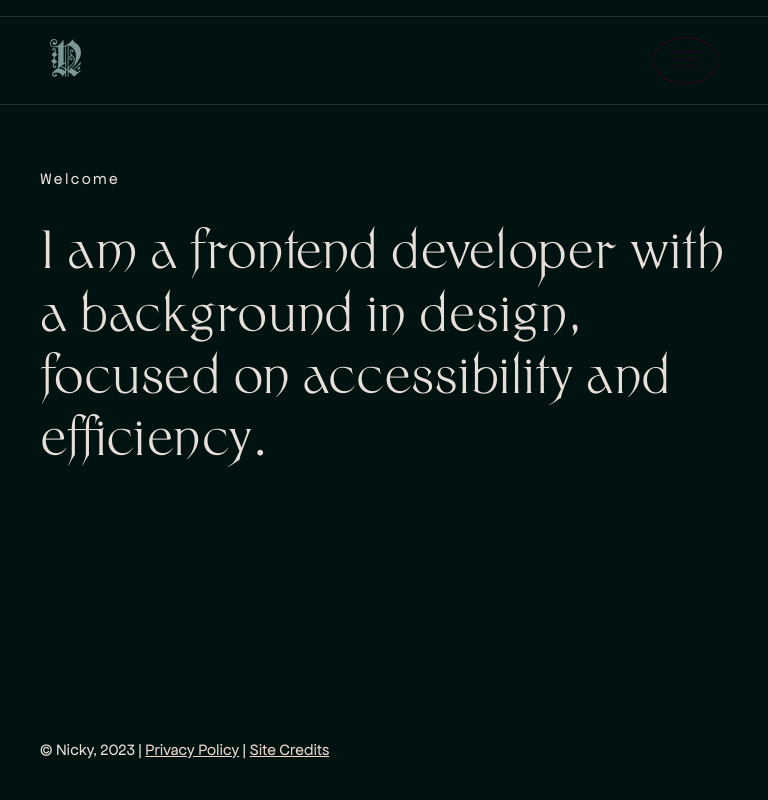
Repository: jdmghost/portfolio-2023
Page: /
These files come from the project's save history. The page is drawn as it stood at one moment and after the next save; the edit follows.
The browser window is 768 px wide. The pictures show the whole page.
The project was rebuilt for these pictures with package versions that can differ from the ones it lists, and the page was loaded fresh each time. The framework's server and built-in components were replaced by stand-ins that run in the browser. Also part of the build but not shown: next.config.js.

Above is the page before, as saved 2023-08-06 12:07:25.

### app/layout.js
import 'normalize.css/normalize.css';
import '../assets/styles/main.scss';

import React from 'react';
import Header from "../components/header.js";
import Footer from "../components/footer.js";

export default function RootLayout({ children }) {
  return (
    <html lang="en">
      <head />
      <body>
        <Header />
          {children}
        <Footer />
        <script type="text/javascript" src="/global.js"></script>
      </body>
    </html>
  )
}

### app/page.js
import React from 'react';

import '../assets/styles/theme-dark.scss';

function Home() {
    return (
        <main className="home wo">
            <section className="col-2-9 pv">
                <h1 className="eyebrow">
                    Welcome
                </h1>
                <p className="h1">
                    I am a frontend developer with a background in design, focused on accessibility and efficiency.
                </p>
            </section>
        </main>
    )
}

export default Home

### assets/styles/main.scss
/*
—————————————————————————————————————————
T A B L E ~ O F ~ C O N T E N T S
—————————————————————————————————————————
~~~ 1 ~~~~~~~~~~~~~~~~~~~~~~~~ FILE SETUP
1.1 ~ IMPORTS
1.3 ~ MIXINS
~~~ 2 ~~~~~~~~~~~~~~~~~~~~~ GLOBAL STYLES
2.1 ~ PSEUDO-STATES
2.2 ~ CORE
2.3 ~ A11Y links in new window styling
2.4 ~ A11Y skip link styling
2.5 ~ SPACING
~~~ 3 ~~~~~~~~~~~~~~~~~~~~~ ON EVERY PAGE
3.1 ~ HEADER & NAVIGATION
3.2 ~ FOOTER
3.3 ~ BREADCRUMBS
3.4 ~ SEARCH
~~~ 4 ~~~~~~~~~~~~~~~~~~~~~~~~ TYPOGRAPHY
4.1 ~ ELEMENT SETTINGS
4.2 ~ CLASSES
4.3 ~ BUTTONS/BUTTON LINKS
4.4 ~ FORMS
~~~ 5 ~~~~~~~~~~~~~~~~~~~~~~~~~~~~ LAYERS
5.1 ~ BLOCKS
5.2 ~ STATIC LAYERS
5.3 ~ OTHER
~~~ 6 ~~~~~~~~~~~~~~~~~~~~~~~~ RESPONSIVE
6.1 ~ DESKTOP
6.2 ~ TABLET (m)
6.3 ~ MOBILE (s)
*/

/* ~~~~~~~~~~~~~~~~~~~~~~~~~~~~~~~~~~~~~~~~~ */
/* ~~~ 1 ~~~~~~~~~~~~~~~~~~~~~~~~ FILE SETUP */
/* ~~~~~~~~~~~~~~~~~~~~~~~~~~~~~~~~~~~~~~~~~ */

/* ~~~~~~~~~~~~~~~~~~~~~ 1.1 ~ IMPORTS */
@import "1-variables";
@import "2-layout";
@import "2-typography";
@import "header";


/* ~~~~~~~~~~~~~~~~~~~~~~~~~~~~~~~~~~~~~~~~~ */
/* ~~~ 2 ~~~~~~~~~~~~~~~~~~~~~ GLOBAL STYLES */
/* ~~~~~~~~~~~~~~~~~~~~~~~~~~~~~~~~~~~~~~~~~ */

/* ~~~~~~~~~~~~~~~~~~~~~ 2.1 ~ PSEUDO-STATES */
* {
    accent-color: black;
}

::selection {
    background: rgba(255, 255, 255, 0.5);
}

::-moz-selection {
    background: rgba(255, 255, 255, 0.5);
}

:focus {
    outline: 2px solid black;
    outline-offset: 2px;
}

.keyboard-focus {
    *:focus {
        outline: 2px solid red;
    }
}

/* ~~~~~~~~~~~~~~~~~~~~~ 2.2 ~ CORE */
video,
embed,
iframe {
    width: 100%;
    height: auto;
    aspect-ratio: 16 / 9;
}

li p,
p .button {
    font-size: 100%;
}

/* ~~~~~~~~~~~~~~~~~~~~~ 2.3 ~ A11Y links in new window styling */
/* https://www.w3.org/WAI/WCAG21/Techniques/general/G201.html */
a[target="_blank"] {
    position: relative;

    span {
        position: absolute;
        left: -9000px;
        width: 0;
        overflow: hidden;
    }

    &:hover span,
    &:focus span,
    &:active span {
        display: block;
        position: absolute;
        top: 1em;
        left: 1em;
        width: 12em;
        border: 1px solid black;
        background-color: white;
        color: black;
        text-align: center;
    }
}

/* ~~~~~~~~~~~~~~~~~~~~~ 2.4 ~ A11Y skip link styling */
.skip-link {
    padding: 20px 10px 11px 10px;
    display: inline-block;
    position: absolute;
    z-index: 123456789;
    background-color: white;
    top: -200px;
    left: 20px;
    border-radius: 0px 0px 5px 5px;
    box-shadow: 0px 0px 24px rgba(0, 0, 0, 0.5);
    transition: .4s all $easing;

    &:focus {
        top: 0;
    }
}

/* ~~~~~~~~~~~~~~~~~~~~~ 2.5 ~ SPACING */
.pv {
    padding-top: 65px;
    padding-bottom: 65px;
}

.pv--s {
    padding-top: 30px;
    padding-bottom: 30px;
}

/* ~~~~~~~~~~~~~~~~~~~~~~~~~~~~~~~~~~~~~~~~~ */
/* ~~~ 3 ~~~~~~~~~~~~~~~~~~~~~ ON EVERY PAGE */
/* ~~~~~~~~~~~~~~~~~~~~~~~~~~~~~~~~~~~~~~~~~ */
.home {
    min-height: calc(100vh - 11.25rem);
}


/* ~~~~~~~~~~~~~~~~~~~~~ 3.2 ~ FOOTER */
.footer {
    .footer__logo {
        img {
            max-width: 130px;
            height: auto;
        }
    }
}


/* ~~~~~~~~~~~~~~~~~~~~~ 3.3 ~ BREADCRUMBS */
/* ~~~~~~~~~~~~~~~~~~~~~ 3.4 ~ SEARCH */





/* ~~~~~~~~~~~~~~~~~~~~~~~~~~~~~~~~~~~~~~~~~ */
/* ~~~ 4 ~~~~~~~~~~~~~~~~~~~~~~~~ TYPOGRAPHY */
/* ~~~~~~~~~~~~~~~~~~~~~~~~~~~~~~~~~~~~~~~~~ */


/* ~~~~~~~~~~~~~~~~~~~~~ 4.3 ~ BUTTONS/BUTTON LINKS */
.button {
    margin-top: 10px;
    display: inline-block;
    padding: 15px 30px;
    text-decoration: none !important;
    line-height: 1;

    &:hover {}
}

button {
    border-color: transparent;
}

/* ~~~~~~~~~~~~~~~~~~~~~~~~~~~~~~~~~~~~~~~~~ */
/* ~~~ 5 ~~~~~~~~~~~~~~~~~~~~~~~~~~~~ LAYERS */
/* ~~~~~~~~~~~~~~~~~~~~~~~~~~~~~~~~~~~~~~~~~ */
/* ~~~~~~~~~~~~~~~~~~~~~ 5.1 ~ BLOCKS */
/* ~~~~~~~~~~~~~~~~~~~~~ 5.2 ~ STATIC LAYERS */
/* ~~~~~~~~~~~~~~~~~~~~~ 5.3 ~ OTHER */

### components/footer.js
import React from 'react';
import Link from 'next/link';

function Footer() {
    return (
        <footer className="footer wo" role="contentinfo">
            {/* Copyright & Legal */}
            <p className="col-1-12 m-col-1-10 s-col-1-5">
                &copy; Nicky, {new Date().getFullYear()}
                <span> | </span>
                <Link href="/privacy">
                    Privacy Policy
                </Link>
                <span> | </span>
                <Link href="/credits">
                    Site Credits
                </Link>
            </p>
        </footer>
    )
}

export default Footer

### assets/styles/theme-dark.scss
@import "1-variables";

body {
    background-color: $color-void;
    color: $color-paper;
}

.header {
    border-color: #1F312E;

    .header__logo svg path {
        fill: $color-sage;
    }
}

.footer a,
.site-nav > li a {
    color: $color-blush;
    background-color: $color-void;
}

### assets/styles/1-variables.scss
/* ~~~~~~~~~~~~~~~~~~~~~ layout.scss */
$column-count: 12;
$column-count-m: 9;
$column-count-s: 4;
$margin: 50;
$margin-m: 40;
$margin-s: 20;
$column-gap: 50;

/* ~~~~~~~~~~~~~~~~~~~~~ theme colors */
$color-berry: #2F0325;
$color-blush: #EFD6CD;
$color-coffee: #ADA199;
$color-forest: #022721;
$color-paper: #E8DFDA;
$color-sage: #7B9896;
$color-void: #011310;

/* ~~~~~~~~~~~~~~~~~~~~~ other */
$easing: cubic-bezier(0.83, 0, 0.17, 1);

/* ~~~~~~~~~~~~~~~~~~~~~ typography */
@font-face {
    font-family: "sinistre";
    src: url("../fonts/Sinistre-StCaroline.woff2") format("woff2"),
         url("../fonts/Sinistre-StCaroline.woff") format("woff");
}

@font-face {
    font-family: "apfel";
    src: url("../fonts/ApfelGrotezk-fett.woff2") format("woff2"),
         url("../fonts/ApfelGrotezk-fett.woff") format("woff");
    font-weight: bold;
}

@font-face {
    font-family: "apfel";
    src: url("../fonts/ApfelGrotezk-regular.woff2") format("woff2"),
         url("../fonts/ApfelGrotezk-regular.woff") format("woff");
    font-weight: normal;
}


$font-sinistre: "sinistre", serif;
$font-apfel: "apfel", sans-serif;

### assets/styles/2-layout.scss
.wo,
.wo-stacked,
.wo-full {
    max-width: 100%;
    position: relative;
    text-align: center;
    * {
        text-align: left;
    }
    &.between {
        align-content: space-around;
    }
    .left {
        justify-self: start;
    }
    .right {
        justify-self: end;
    }
    .bottom {
        align-self: end;
    }
    .center {
        justify-self: center;
        text-align: center;
        * {
            text-align: center;
        }
    }
}

img[class^="col-"],
img[class*="col-"] {
    place-self: start;
}

@media only screen and (min-width: 1200px) {
    .wo,
    .wo-full {
        display: grid;
        grid-template-columns: repeat($column-count, 1fr);
        gap: 0 $column-gap + px;
        justify-items: stretch;
        align-items: start;
    }

    .l-hide {
        display: none !important;
    }

    .wo,
    .wo-stacked {
        margin: 0 $margin + px;
    }

    .wo-full {
        padding: 0 $margin + px;
    }

    .wo > * {
        grid-column-start: 1;
        grid-column-end: $column-count + 1;
    }

    @for $a from 1 through $column-count {
        @for $b from 1 through $column-count + 1 {
            .col-#{$a}-#{$b} {
                grid-column-start: $a;
                grid-column-end: $b;
            }
        }
    }
}

@media only screen and (min-width: 600px) and (max-width: 1200px) {
    .wo,
    .wo-full {
        display: grid;
        grid-template-columns: repeat($column-count-m, 1fr);
        gap: 0 $column-gap + px;
        justify-items: stretch;
        align-items: start;
    }

    .m-hide {
        display: none !important;
    }

    .wo,
    .wo-stacked {
        margin: 0 $margin-m + px;
    }

    .wo-full {
        padding: 0 $margin-m + px;
    }

    .wo > * {
        grid-column-start: 1;
        grid-column-end: $column-count-m + 1;
    }

    @for $a-m from 1 through $column-count-m {
        @for $b-m from 1 through $column-count-m + 1 {
            .m-col-#{$a-m}-#{$b-m} {
                grid-column-start: $a-m;
                grid-column-end: $b-m;
            }
        }
    }
}

@media only screen and (max-width: 600px) {
    .wo,
    .wo-full {
        display: grid;
        grid-template-columns: repeat($column-count-s, 1fr);
        gap: 0 $column-gap + px;
        justify-items: stretch;
        align-items: start;
    }

    .s-hide {
        display: none !important;
    }

    .wo,
    .wo-stacked {
        margin: 0 $margin-s + px;
    }

    .wo-full {
        padding: 0 $margin-s + px;
    }

    .wo > * {
        grid-column-start: 1;
        grid-column-end: $column-count-s + 1;
    }

    @for $a-s from 1 through $column-count-s {
        @for $b-s from 1 through $column-count-s + 1 {
            .s-col-#{$a-s}-#{$b-s} {
                grid-column-start: $a-s;
                grid-column-end: $b-s;
            }
        }
    }
}

### assets/styles/2-typography.scss
body {
    font-family: $font-apfel;
    font-style: normal;
}

.h1 {
    font-family: $font-sinistre;
    font-size: 3.25rem;
    line-height: 1.2;
    margin: 3.25rem 0;
}

.eyebrow {
    font-size: 1rem;
    font-weight: normal;
    letter-spacing: 0.15rem;
    margin: 0;
    margin-bottom: -1.5rem;
}

### assets/styles/header.scss
@import "1-variables";

.header {
    align-items: center;
    border-top: 1px solid;
    border-bottom: 1px solid;
    padding: 1.25rem 0;
    padding-left: $column-gap + px;
    padding-right: $column-gap + px;
    margin-top: 1rem;

    .header__logo img {
        max-width: 140px;
        height: auto;
    }

    .header__nav {
        justify-self: end;
    }
}

/**
 * Desktop Site Nav
 */
@media screen and (min-width: 50rem) {
    #siteNavToggle,
    .site-nav__expand-toggle {
        display: none;
    }

    .site-nav {
        list-style: none;
        display: grid;
        grid-auto-flow: column;
        grid-auto-columns: auto;
        grid-template-rows: 1fr;
        gap: 0px 3.125rem;
        margin: 0;
        padding: 0;

        > li {
            display: inline-block;

            a {
                position: relative;
                font-size: 1.25rem;
                text-decoration: none;

                &[aria-current="page"]:before {
                    content: '';
                    background-image: url('../images/page-marker.svg');
                    position: absolute;
                    height: 6.4375rem;
                    width: 1.1875rem;
                    top: -2.5rem;
                    left: calc(50% - 0.5625rem);
                    z-index: -1;
                }
            }
        }
    }
}

/**
 * Mobile Site Nav
 */
@media screen and (max-width: 50rem) {
    #siteNavToggle {
        background: transparent;
        border: 1px solid $color-berry;
        border-radius: 100%;
        padding: 0.75rem 1rem 0.65rem;
    }

    .site-nav {
        list-style: none;
        display: none;

        &.site-nav--open {
            display: block;
        }

        > li {
            display: block;
        }

        .site-nav__sub-nav {
            display: none;

            &.site-nav__sub-nav--open {
                display: block;
            }
        }
    }

    .header__nav__wrap {
        position: absolute;
        top: 0;
        left: 0;
        background-color: $color-forest;
        color: $color-paper;
    }
}

### components/site-nav.js
"use client";

import React from 'react';
import Link from 'next/link';
import { usePathname} from 'next/navigation';


function SiteNav() {
    const pathname = usePathname();

    return (
        <ul id="siteNav" className="site-nav">
            <li>
                <Link href="/about"  aria-current={pathname == "/about" ? "page" : "false"}>
                    About
                </Link>
            </li>
            <li>
                <Link href="/contact" aria-current={pathname == "/contact" ? "page" : "false"}>
                    Contact
                </Link>
            </li>
        </ul>
    )
}

export default SiteNav

Loaded but not shown: components/header.js (47 lines, source omitted)

After the next save:
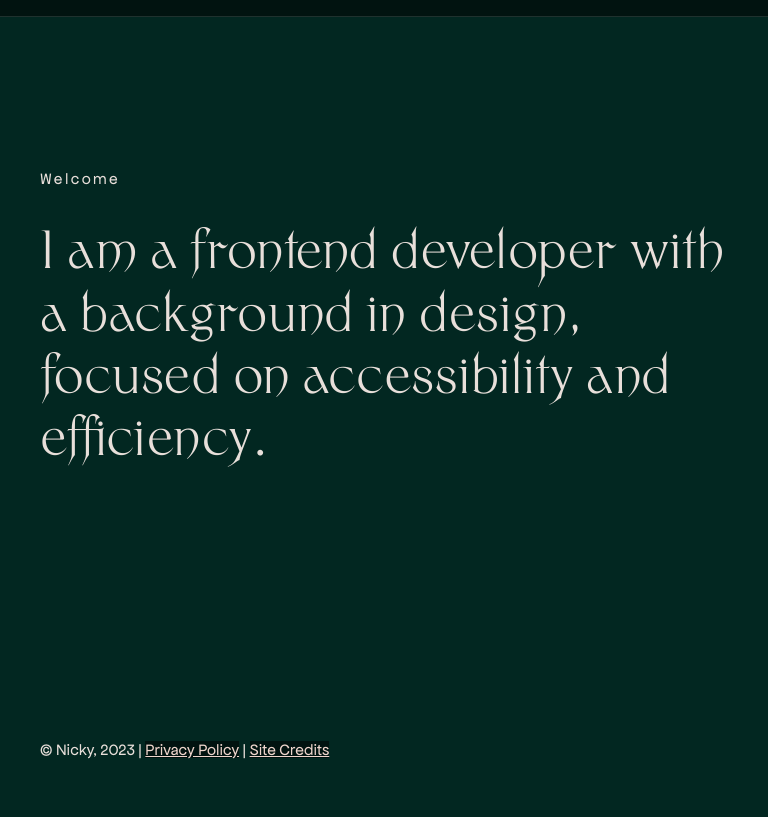
Saved 18 s later.
--- a/assets/styles/header.scss
+++ b/assets/styles/header.scss
@@ -99,5 +99,7 @@
         left: 0;
         background-color: $color-forest;
         color: $color-paper;
+        width: 100%;
+        height: 100vh;
     }
 }

After the save that followed:
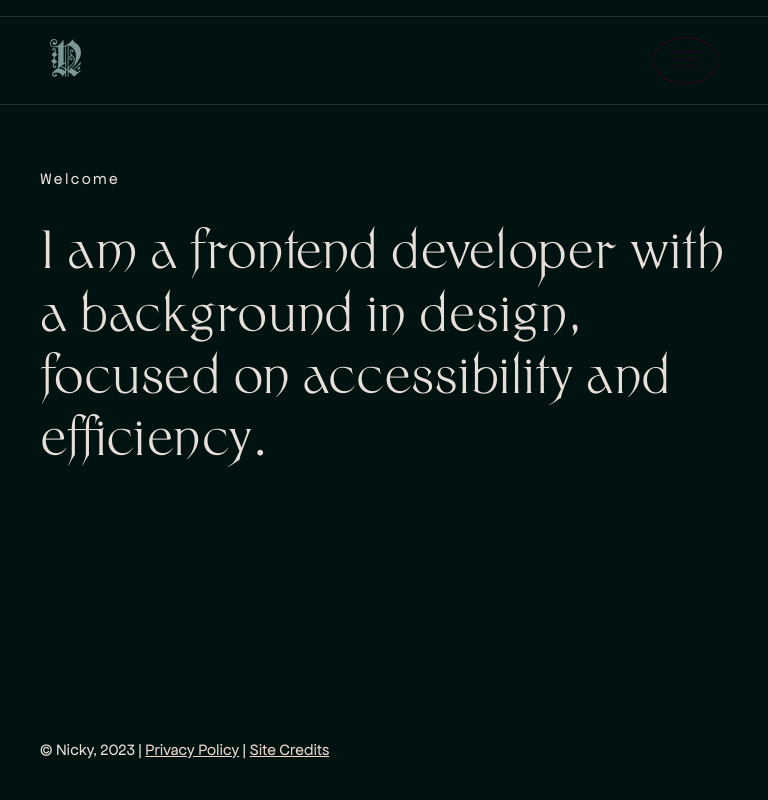
Saved 37 s later.
--- a/assets/styles/header.scss
+++ b/assets/styles/header.scss
@@ -76,6 +76,14 @@
         list-style: none;
         display: none;
 
+        position: absolute;
+        top: 0;
+        left: 0;
+        background-color: $color-forest;
+        color: $color-paper;
+        width: 100%;
+        height: 100vh;
+
         &.site-nav--open {
             display: block;
         }
@@ -92,14 +100,4 @@
             }
         }
     }
-
-    .header__nav__wrap {
-        position: absolute;
-        top: 0;
-        left: 0;
-        background-color: $color-forest;
-        color: $color-paper;
-        width: 100%;
-        height: 100vh;
-    }
 }
